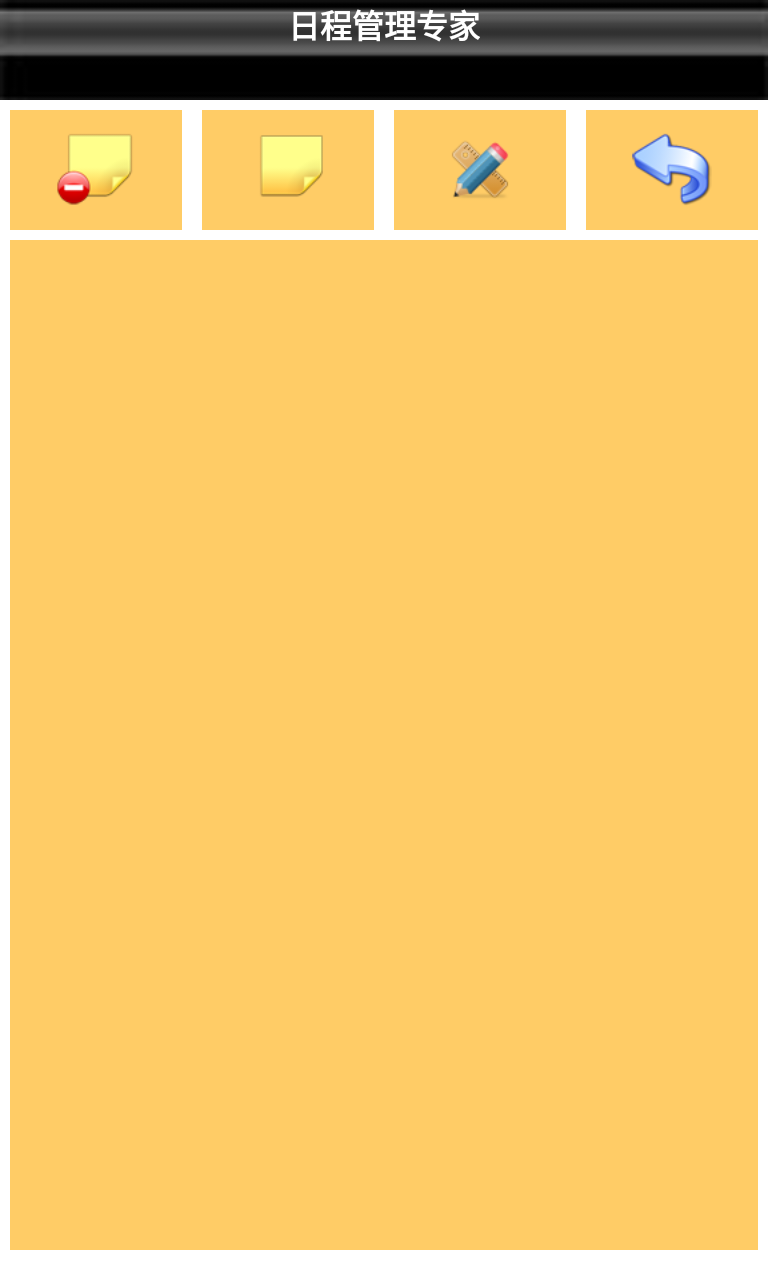
Repository: gogolaile/CoolWeather
Layout: DayDel/res/layout/search.xml
The author's editor kept a copy of each file at every save. The layout is drawn from the files as they stood at one save, then again after a run of saves.
It is drawn on a 768 x 1280 px phone screen (xhdpi) without system bars, with theme android:Theme.NoTitleBar.Fullscreen; the app's code is not run. Lists and similar views that code fills are empty.

Above is the layout before, as saved 2015-12-07 02:53:06.

After the next 2 saves:
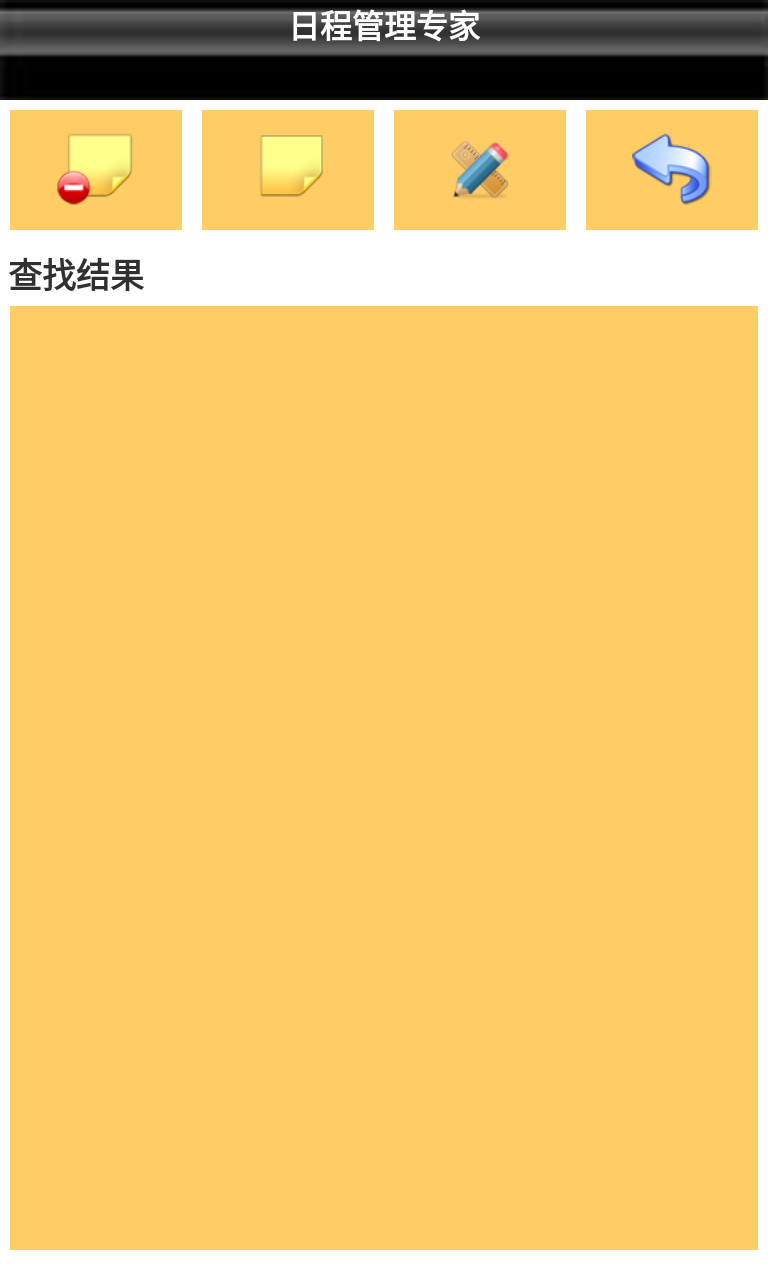
The 2 saves are shown as one change because 1 did not build or start.
The last was saved 2 min 13 s later.
--- a/DayDel/res/layout/search.xml
+++ b/DayDel/res/layout/search.xml
@@ -59,6 +59,14 @@
              android:background="#FFCC66"
              android:src="@drawable/back"/>
      </LinearLayout>
+     <TextView
+         android:layout_width="wrap_content"
+         android:layout_height="wrap_content"
+         android:layout_margin="4dip"
+         android:textColor="#303030"
+         android:text = "@string/search_result"
+         android:textStyle="bold"
+         android:textSize="17sp"/>
      <ListView
              android:id="@+id/ListView_search"
              android:layout_width="match_parent"
